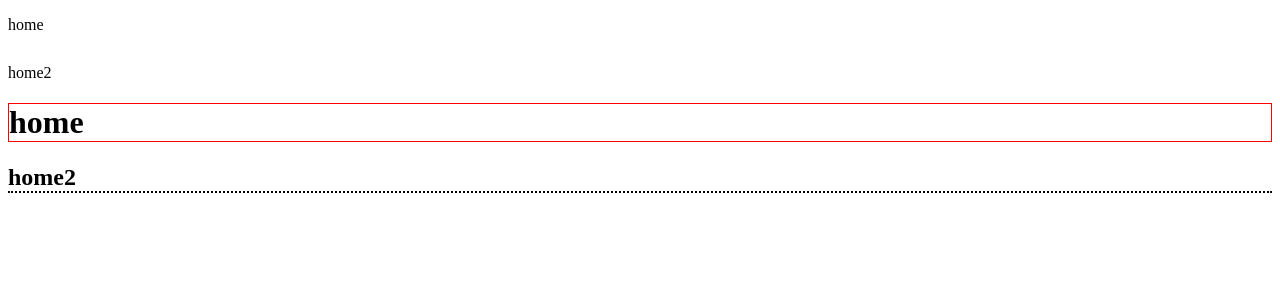
Repository: ggandory/CODE
Page: CSS7.html
These files come from the project's save history. The page is drawn as it stood at one moment and after the next save; the edit follows.
The browser window is 1280 px wide. The pictures show the whole page.

Above is the page before, as saved 2024-01-10 23:34:09.

After the next save:
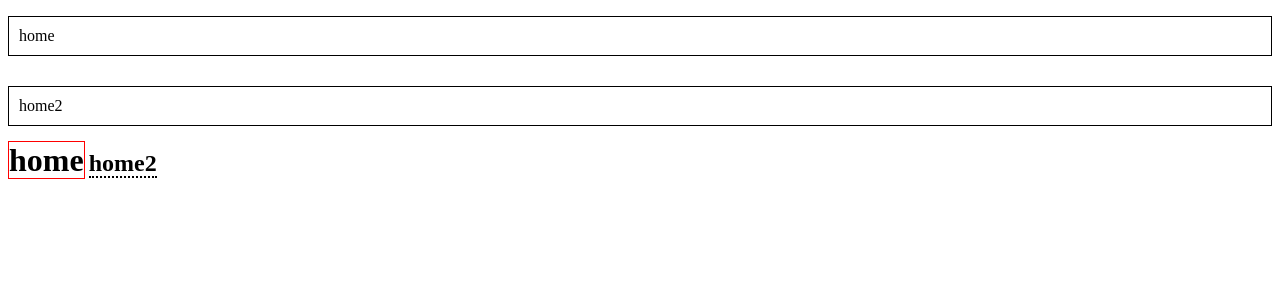
Saved 3 days later.
--- a/CSS7.html
+++ b/CSS7.html
@@ -51,6 +51,56 @@
       h2 {
         border-bottom: 2px dotted black;
       }
+      p {
+        border: 1px solid black;
+        padding: 10px;
+      }
+      /*contents 부분에 대해서 꾸미고 싶으면 width랑 height 많이 사용함*/
+      div {
+        width: 100px;
+        height: 100px;
+        border: 1px solid black;
+        margin-left: auto;
+        margin-right: auto;
+      }
+      /*그리고 항상 생각해야하는것이 contents padding border margin의 값을
+        생각을 해야함*/
+      div {
+        width: 100px;
+        height: 100px;
+        padding: 10px;
+        border: 1px solid black;
+        margin: 10px;
+      }
+      /*이렇게 하면 당연히 높이와 너비가 100px이라고 생각하게 되는데 아니다
+        각각 122px로 나옴 왜냐하면 다른 영역의 너비와 높이도 같이 계산하기 때문
+        즉 contents와 padding border의 길이를 다 합한값이 나옴*/
+
+      /*그래서 사용하는게 box-sizing이다
+        content-box width,height 속성의 적용 범위를 content 영역으로 제한합니다.
+        border-box width,height 속성의 적용 범위를 border영역으로 제한한다.
+        평소 이미 content-box값이 적용된 상태임*/
+      div {
+        width: 100px;
+        height: 100px;
+        padding: 10px;
+        border: 1px solid black;
+        margin: 10px;
+        box-sizing: border-box;
+      }
+      /*이렇게 처리하면 border까지의 높이와 너비를 100px로 제한을 해서 자동으로
+        내부 contents의 크기가 정해진다. 즉 78px로 잡히게 됨*/
+
+      /*블록 성격은 hn,p,div이인데 무조건 한줄을 다 쓰게 된다.
+        인라인 성격은 a,span,strong태그를 사용했을 때 요소의 너비를 콘텐츠 크기만큼만 차지한다.
+        인라인 블록성격은 img 태그를 사용할 때 적용되고 인라인의 성격을 가지고 있지만
+        그 외의 성격은 블록 성격을 가지고 있는 복합적인 성격 수평공간이 남으면 한줄로 배치*/
+
+      /*속성을 바꾸는게 가능함 서로. 밑에와 같이 인라인 성격으로 변경가능함*/
+      h1,
+      h2 {
+        display: inline;
+      }
     </style>
   </head>
   <body>
